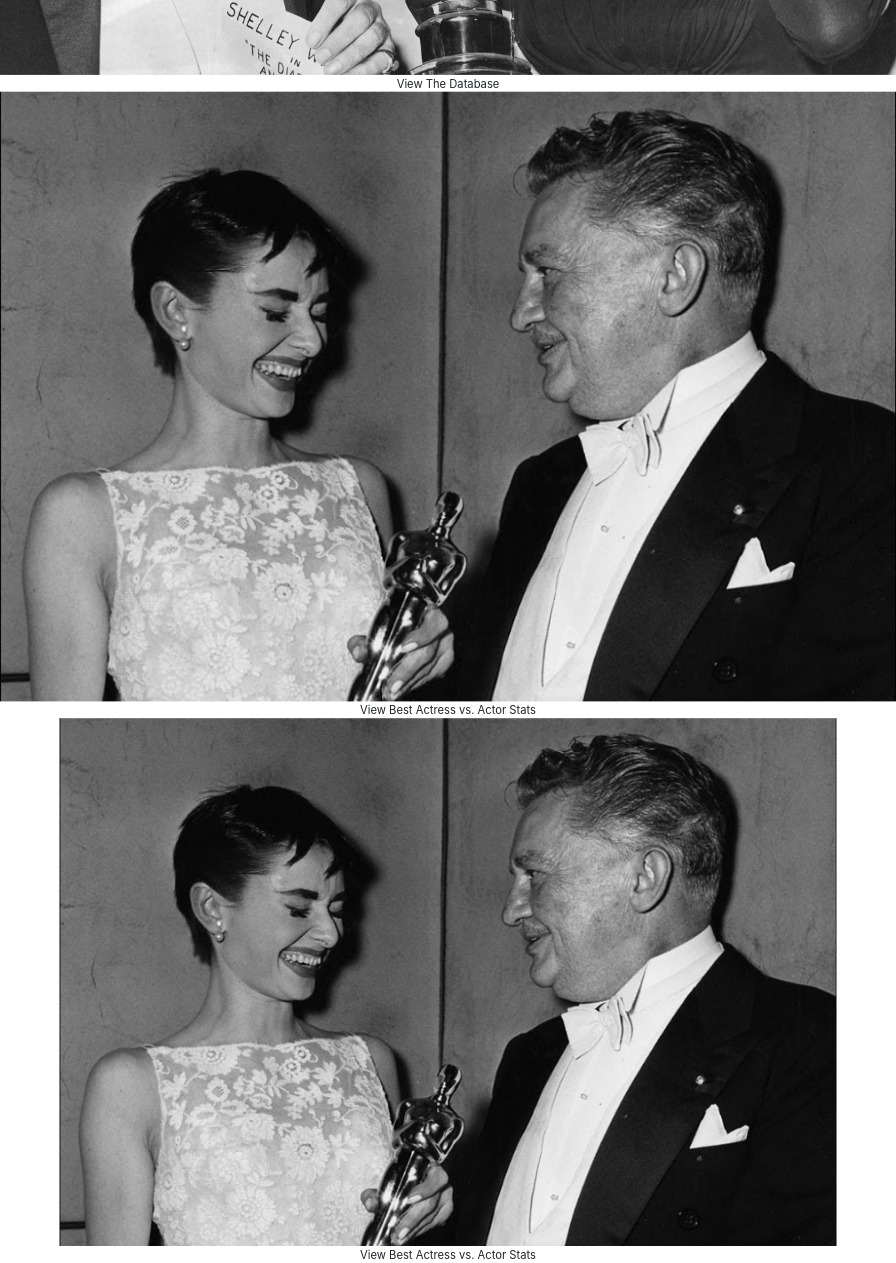
Repository: JackFino/Academy-Awards-Database
Page: html/index.html
The author's editor kept a record of every edit. The page is drawn from the files as they stood at one moment, then again after the next edit.
The browser window is 1280 px wide. The pictures show the part of the page from y = 720 to 2640 px (the page is 2524 px tall before and 2640 px after), at 70% of full size.

Above is the page before.

After the next edit:
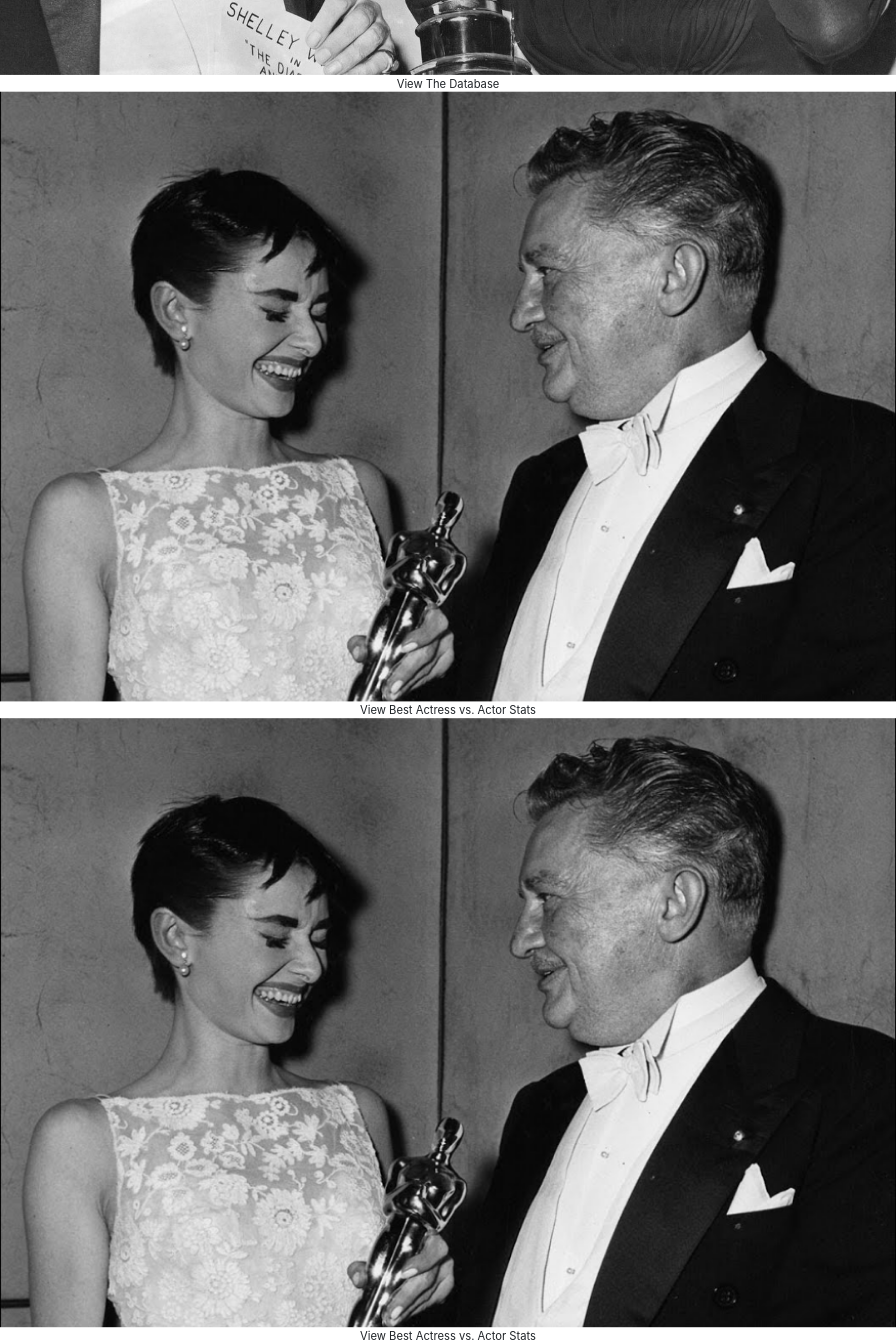
The edit:
--- a/html/index.html
+++ b/html/index.html
@@ -52,8 +52,8 @@
 
 
 
-     <div class="container">
-        <a="html/graphs.html"> <img src="../ahow.jpg" alt="View Best Actress vs. Actor Graphs" class="image" height="20%" width="100%">
+     <div class="about-container">
+        <a="html/about.html"> <img src="../ahow.jpg" alt="View Best Actress vs. Actor Graphs" class="image" height="20%" width="100%">
             <div class="middle">
                 <div class="text">View Best Actress vs. Actor Stats</div>
             </div>
